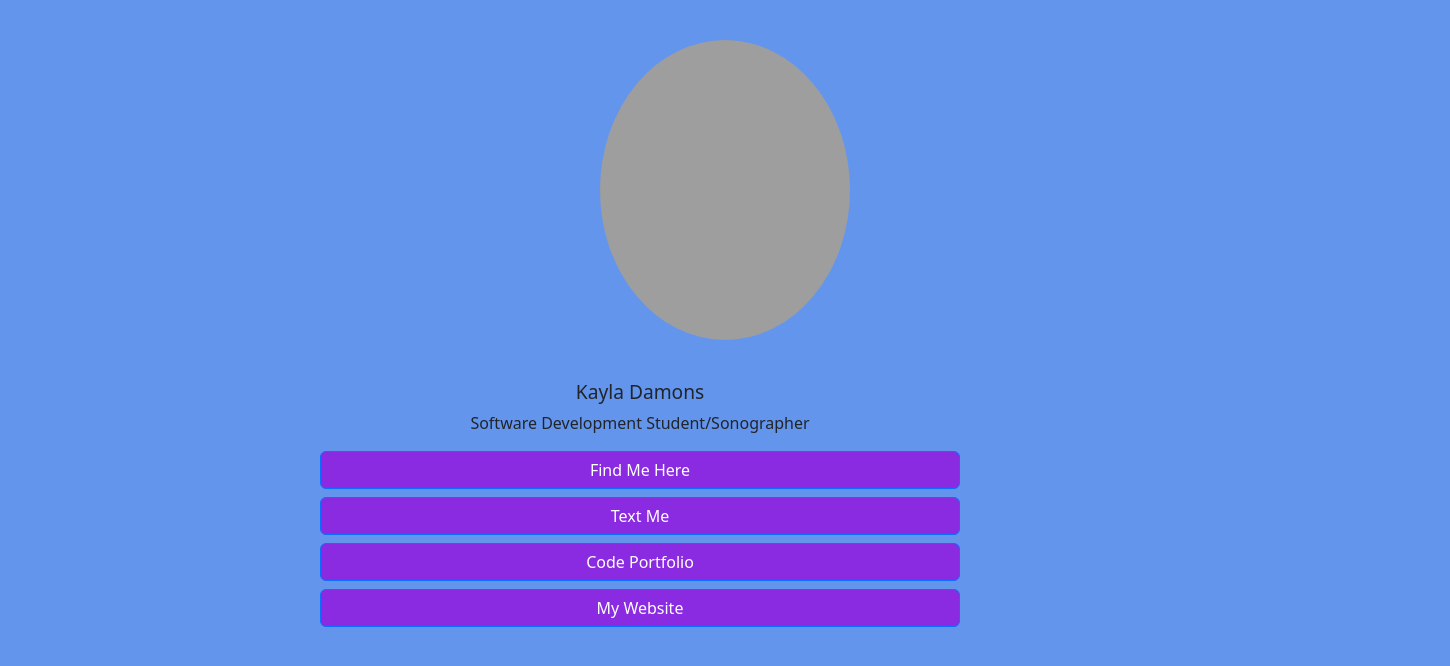
Repository: KaylaDamons/LABlinkinbio
Page: index.html
An editor plug-in stored every save of this project. The page is shown before and after the next save, followed by the edit.
The browser window is 1280 px wide. The page is 1450 px wide, so the pictures cover 1450 px, including what lies to the right of the window. The pictures show the whole page.
Pictures or frames that could not be fetched are drawn as grey boxes.

Above is the page before, as saved 2024-01-14 16:44:45.

After the next save:
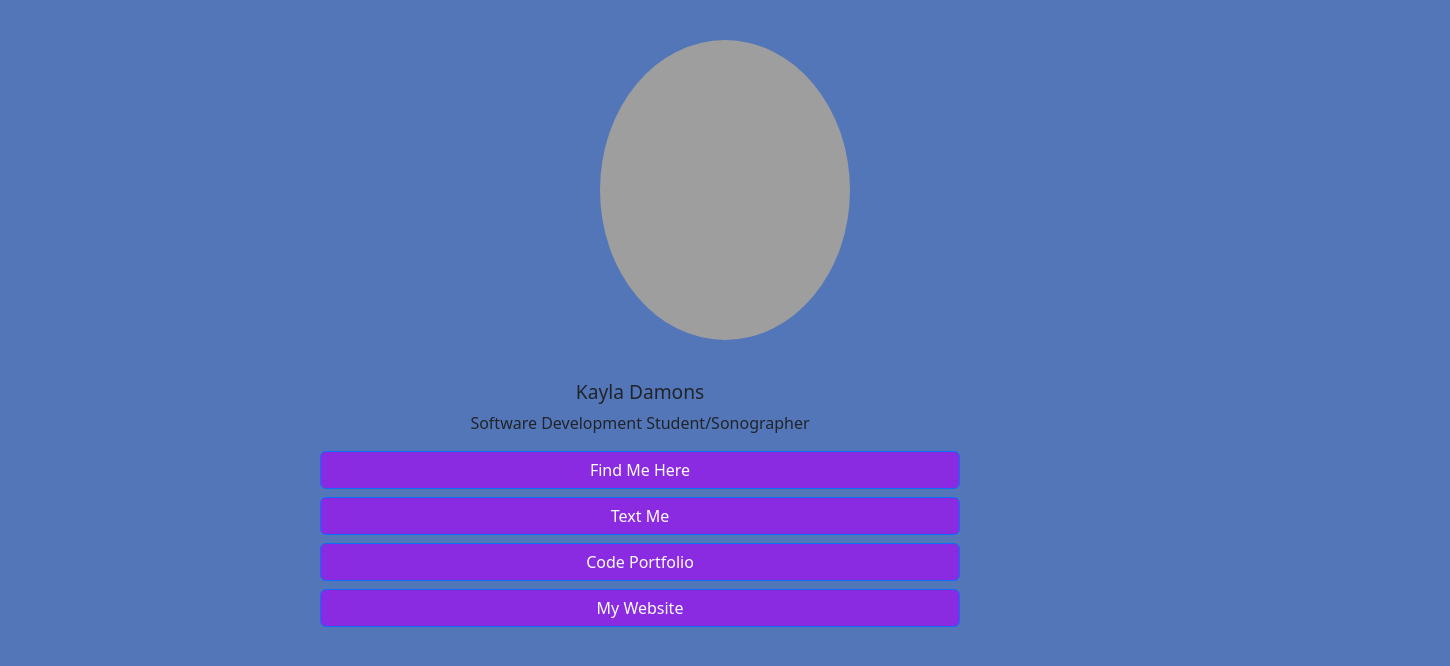
Saved 67 s later.
--- a/main.css
+++ b/main.css
@@ -1,5 +1,5 @@
 body {
-  background-color:cornflowerblue;
+  background-color:rgb(83, 118, 185);
 }
 h1 {
    font-size: larger;
